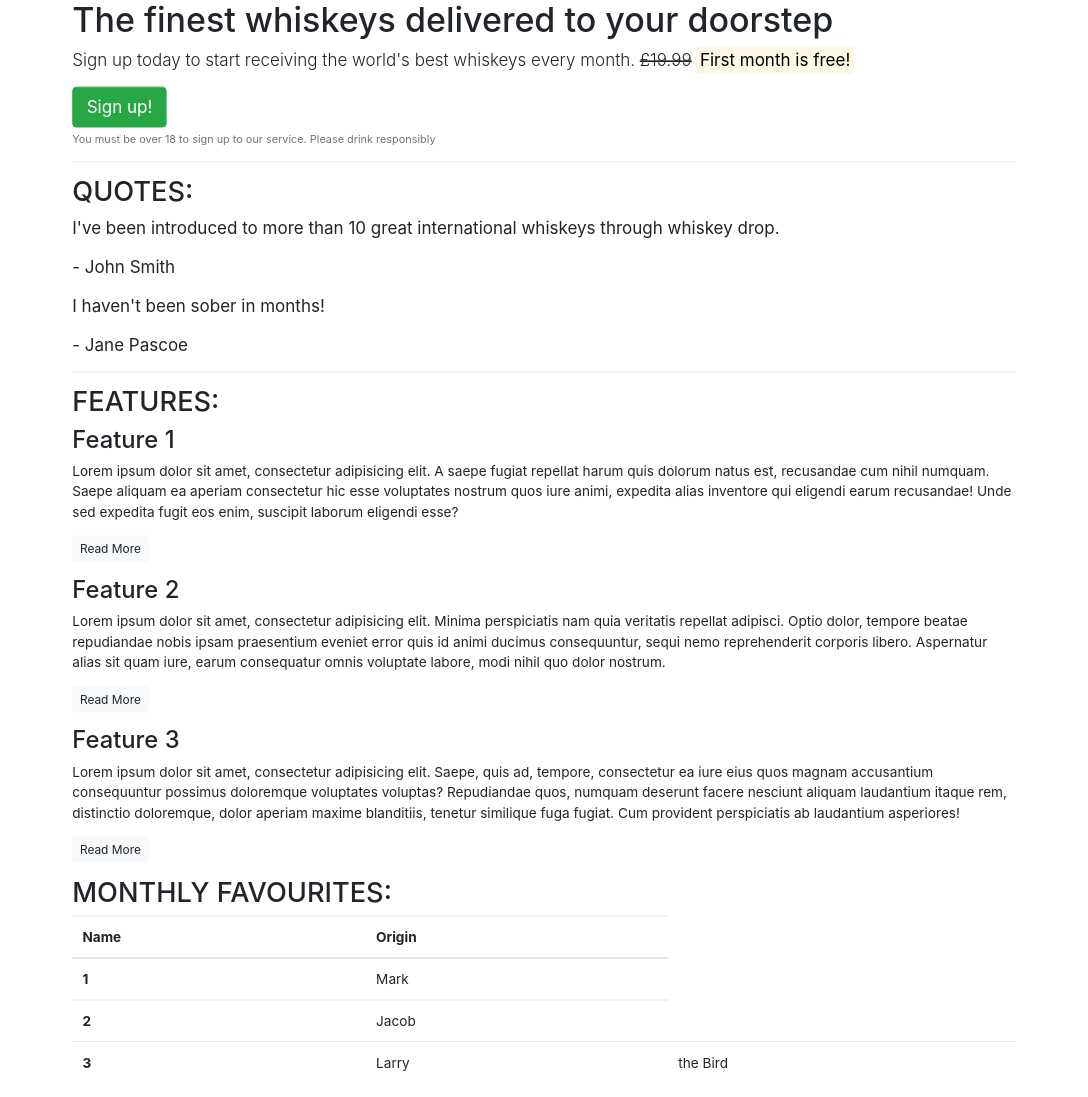
Repository: LouWills/WhiskeyDrop-bootstrap
Page: index.html
The author's editor kept a record of every edit. The page is drawn from the files as they stood at one moment, then again after the next edit.
The browser window is 1280 px wide. The pictures show the whole page, at 85% of full size.

Above is the page before.
Console error: TypeError: Cannot read properties of undefined (reading 'fn')

After the next edit:
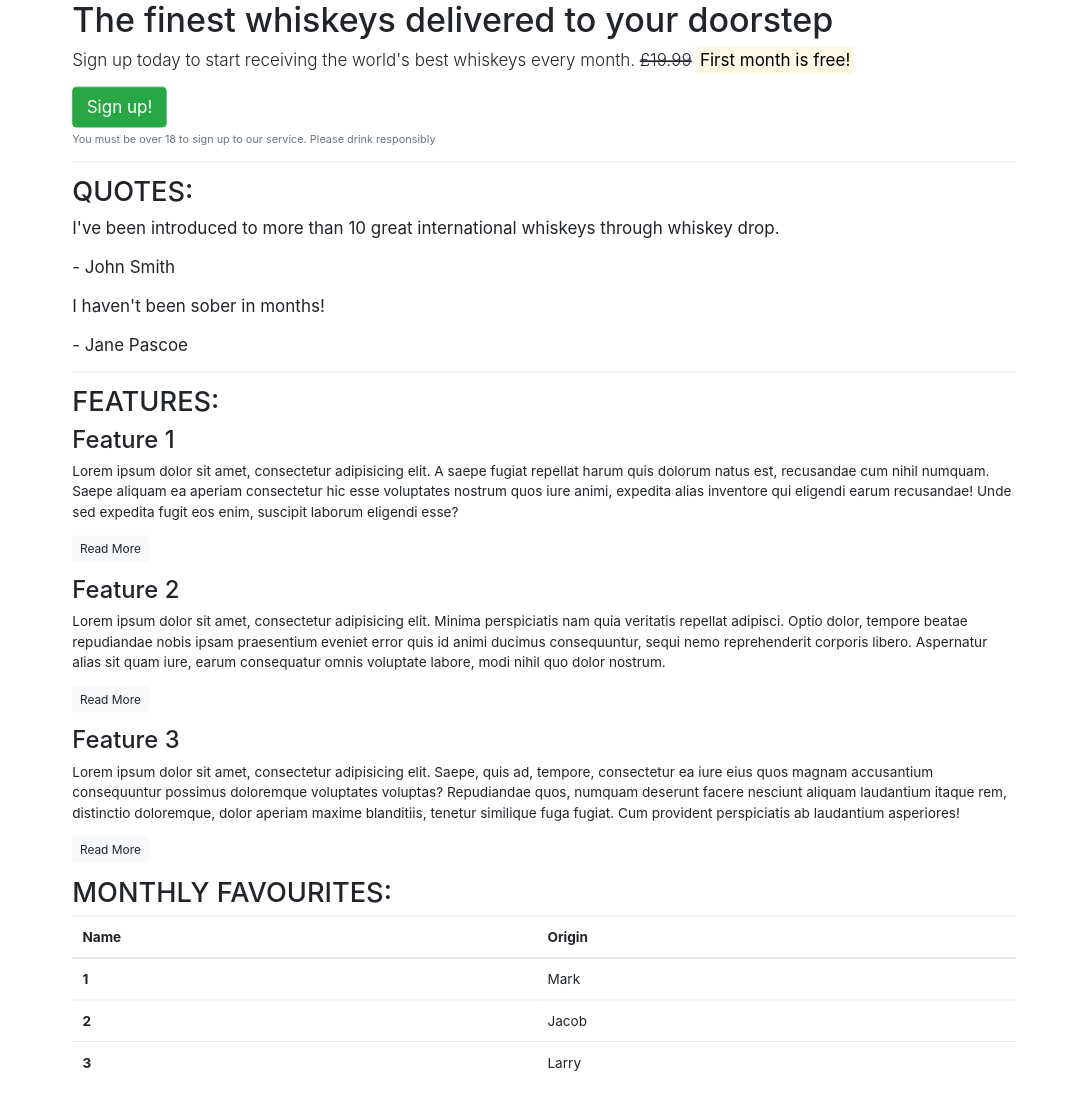
The edit:
--- a/index.html
+++ b/index.html
@@ -81,7 +81,6 @@
                     <tr>
                       <th scope="row">3</th>
                       <td>Larry</td>
-                      <td>the Bird</td>
                     </tr>
                 </tbody>
             </table>
